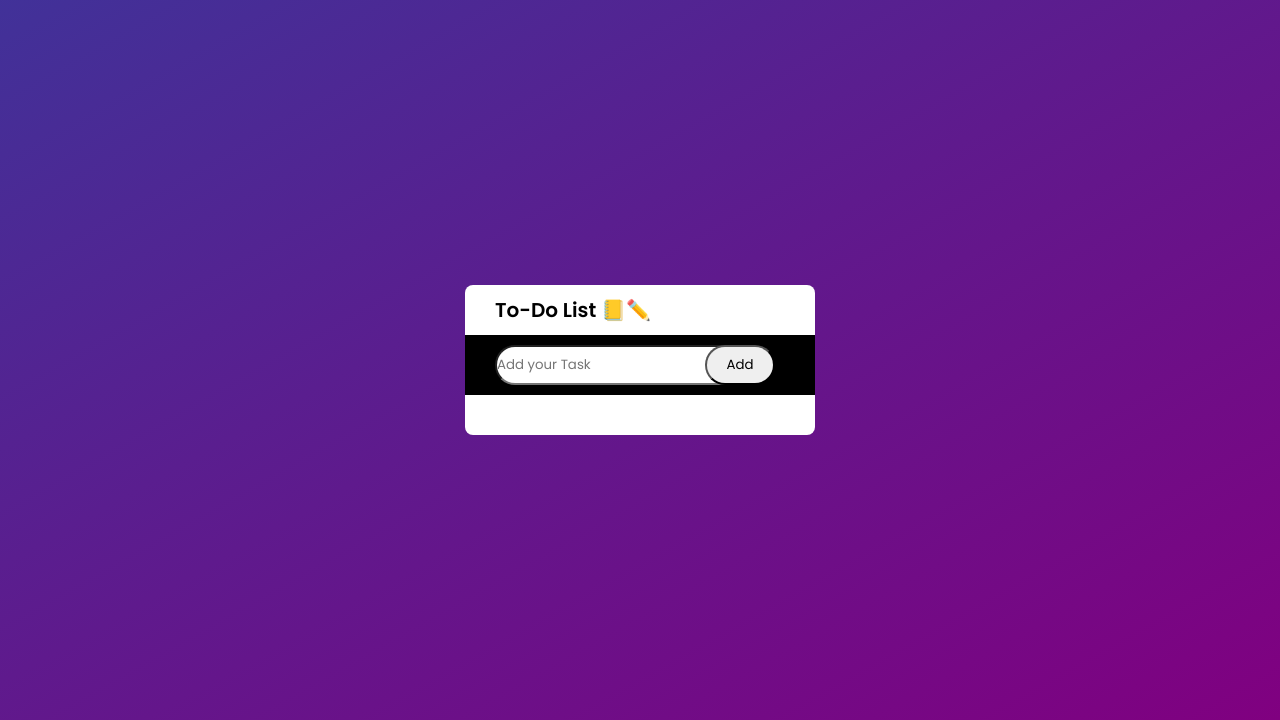
Repository: Ankitkr2021/To-Do-List
Page: index.html
These files come from the project's save history. The page is drawn as it stood at one moment and after a run of saves; the edit follows.
The browser window is 1280 px wide. The pictures show the whole page.

Above is the page before, as saved 2025-10-03 10:10:02.

After the next 2 saves:
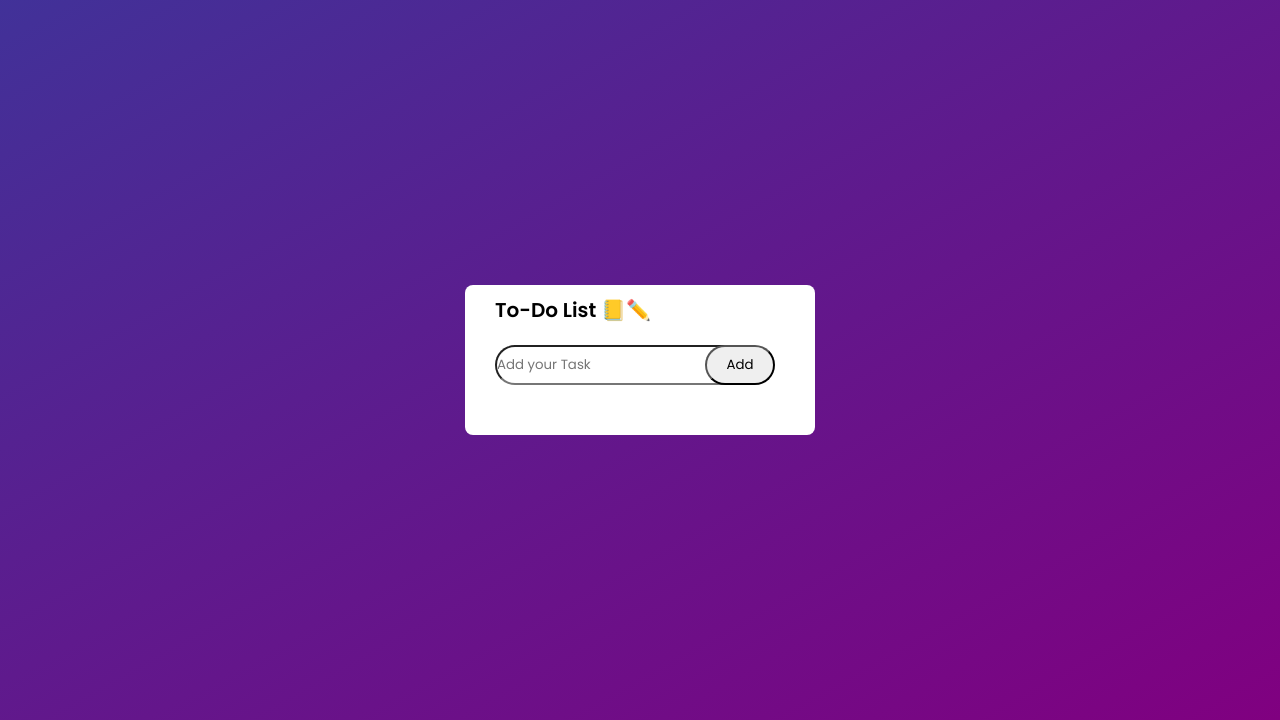
The 2 saves are shown as one change because they came seconds apart.
The last was saved 7 s later.
--- a/style.css
+++ b/style.css
@@ -30,7 +30,7 @@ body{
 }
 
 .task {
-    background: #000;
+    /* background: #000; */
     padding: 10px 30px;
     position: relative;
 }
@@ -39,7 +39,6 @@ body{
     width: 90%;
     height: 40px;
     border-radius: 20px;
-    line-height: 12px;
 }
 
 .task button {
